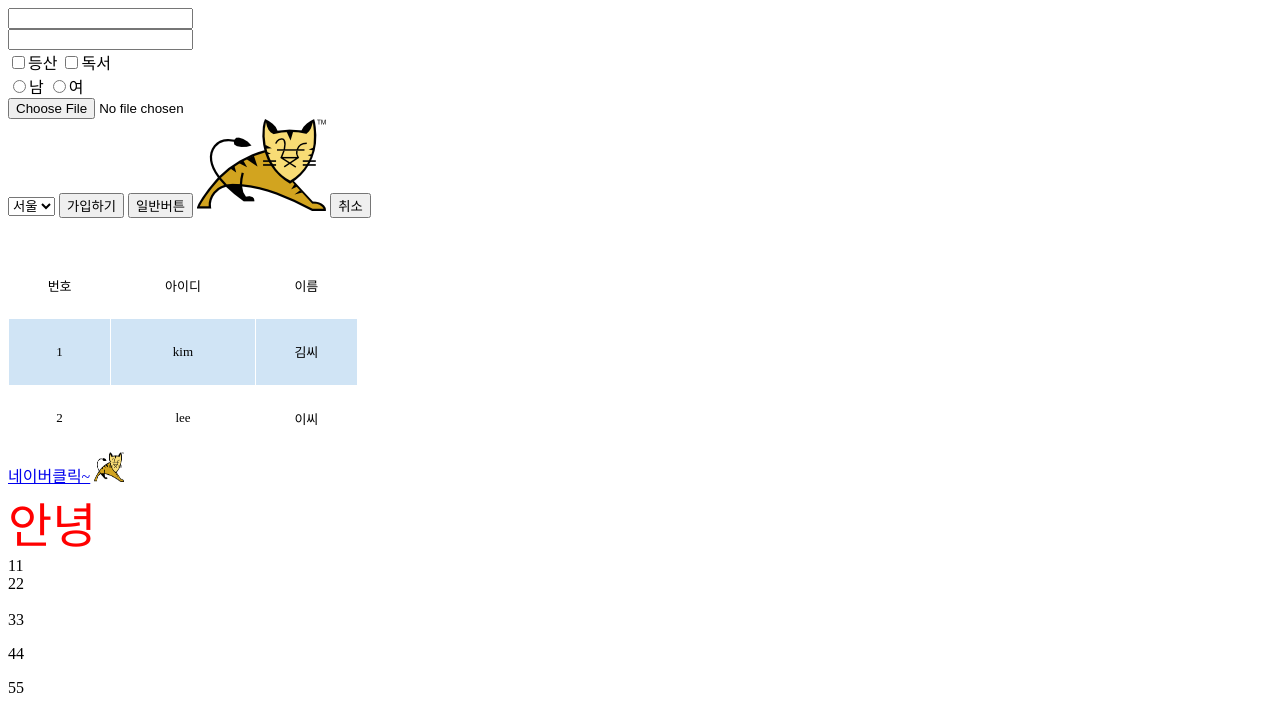
Repository: MinHyeJun/OpenSourceFramework
Page: web_prj/webapp/test.html
The author's editor kept a copy of each file at every save. The page is drawn from the files as they stood at one save, then again after the next save.
The browser window is 1280 px wide. The pictures show the whole page.

Above is the page before, as saved 2018-06-26 02:41:08.

After the next save:
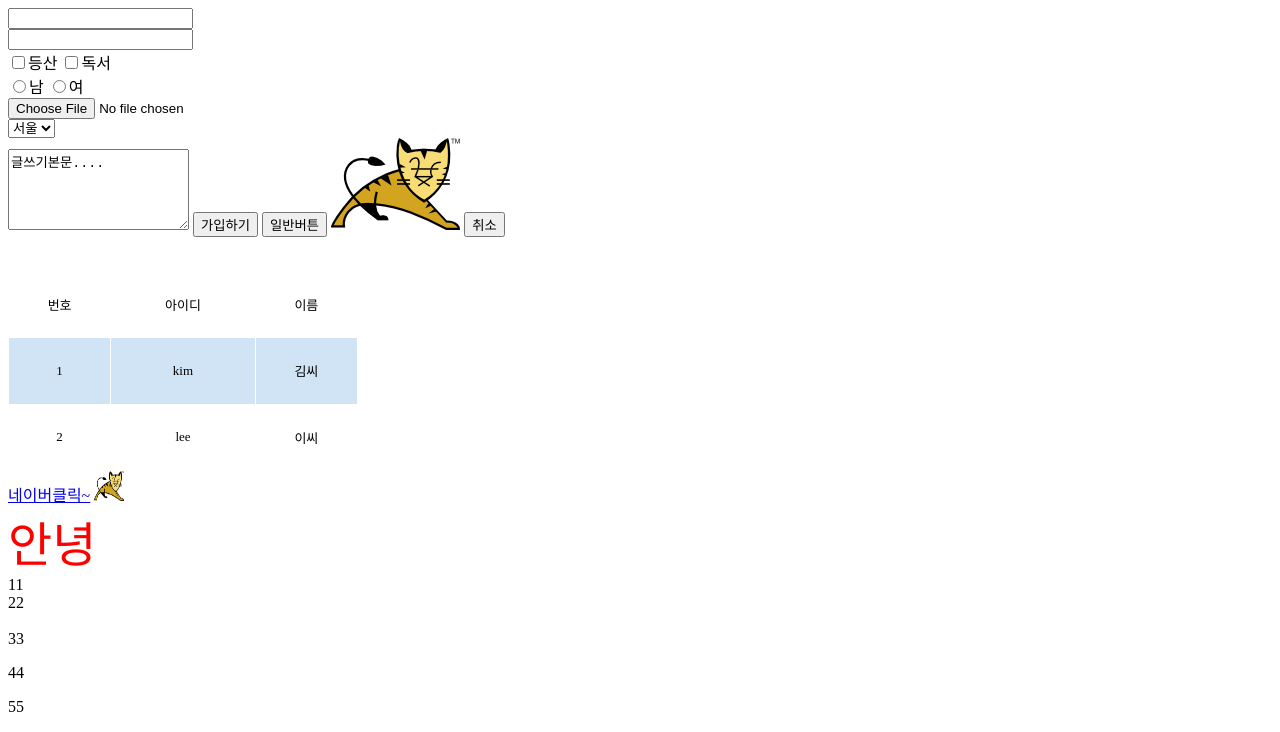
Saved 2 min 10 s later.
--- a/web_prj/webapp/test.html
+++ b/web_prj/webapp/test.html
@@ -66,7 +66,11 @@
 	<option value="seoul">서울</option>
 	<option value="dj">대전</option>
 	<option value="dg">대구</option>
-</select>
+</select><br>
+
+<textarea rows=5 cols="20">
+글쓰기본문....
+</textarea>
 
 <input type="submit" name="sbtn" value="가입하기">
 <input type="button" name="btn" value="일반버튼">
